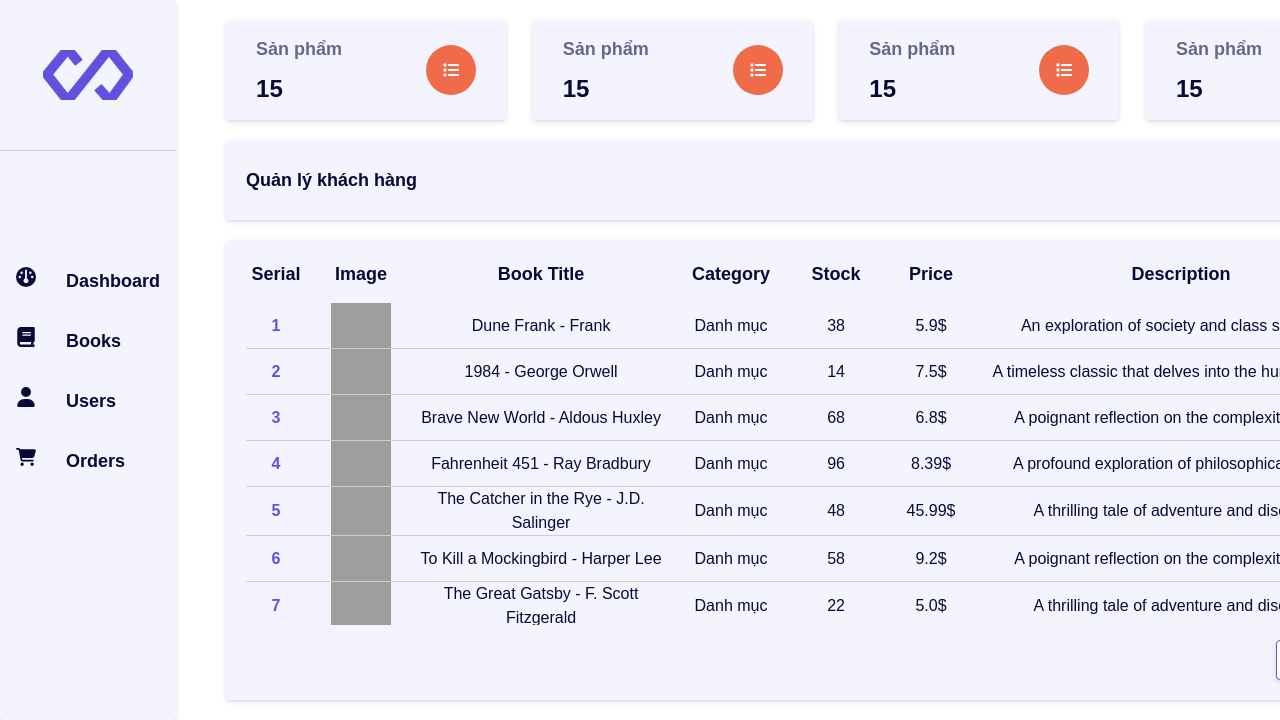
Repository: kauittt/BookStore_FE
Page: / (app in book-store/)
An editor plug-in stored every save of this project. The page is shown before and after the next save, followed by the edit.
The browser window is 1280 px wide. The pictures show the whole page.
Pictures or frames that could not be fetched are drawn as grey boxes. The project was rebuilt for these pictures with package versions that can differ from the ones it lists, and the page was loaded fresh each time. Also part of the build but not shown: book-store/vite.config.js, book-store/src/components/elements/FormInput.jsx, book-store/src/components/login-signup/Login.jsx, book-store/src/components/book/BookItem.jsx, book-store/src/components/book/BookList.jsx, book-store/src/components/elements/BackNavigation.jsx, book-store/src/components/book/BookDetail.jsx, book-store/src/components/cart/QuantitySelector.jsx and 4 more.

Above is the page before, as saved 2024-07-20 12:30:55.

### book-store/src/App.jsx
import Login from "./components/login-signup/Login";
import BookItem from "./components/book/BookItem";
import BookList from "./components/book/BookList";
import BookDetail from "./components/book/BookDetail";
import CartItem from "./components/cart/CartItem";
import Cart from "./components/cart/Cart";
import Checkout from "./components/checkout/Checkout";
import AdminNav from "./components/admin/AdminNav";
import ManageList from "./components/admin/ManageList";
import AdminPage from "./components/admin/AdminPage";
import Card from "./components/elements/Card";

const App = () => {
    //! Width - Height: 1536 - 703
    //! 270 - 255
    //! Width: 0.9
    //! Height: 0.585

    //* Semibold - Normal
    //* 3xl (Tiêu đề to) - lg (To hơn bình thường) - sm (Chú thích nhỏ) - Normal

    const data = [
        {
            image: "https://nhasachphuongnam.com/images/thumbnails/240/290/detailed/287/con-duong-hoi-giao-tb-2024.jpg",
            price: "5.9",
            name: "Dune Frank ",
            author: "Frank ",
        },
        {
            image: "https://i.pinimg.com/474x/57/70/55/5770553158ceac5870925fd79f9699eb.jpg",
            price: "7.5",
            name: "1984",
            author: "George Orwell",
        },
        {
            image: "https://listsach.com/wp-content/uploads/2020/05/bia-sach-dep-ngoi-nha-nghin-hanh-lang.jpg",
            price: "6.8",
            name: "Brave New World",
            author: "Aldous Huxley",
        },
        {
            image: "https://listsach.com/wp-content/uploads/2020/05/quyen-sach-co-bia-dep-khong-gia-dinh.jpg",
            price: "8.39",
            name: "Fahrenheit 451",
            author: "Ray Bradbury",
        },
        {
            image: "https://salt.tikicdn.com/cache/w1200/ts/product/03/ee/cc/9e91a112fb77049e9167f41ef62f832e.jpeg",
            price: "45.99",
            name: "The Catcher in the Rye",
            author: "J.D. Salinger",
        },
        {
            image: "https://intamphuc.vn/wp-content/uploads/2023/06/mau-bia-sach-dep-4.jpg",
            price: "9.2",
            name: "To Kill a Mockingbird",
            author: "Harper Lee",
        },
        {
            image: "https://vietart.co/blog/wp-content/uploads/2014/01/2_thiet_ke_bia_sach_dep_20.jpg",
            price: "5.0",
            name: "The Great Gatsby",
            author: "F. Scott Fitzgerald",
        },
        {
            image: "https://thegioidohoa.com/wp-content/uploads/2017/08/tong-hop-20-mau-bia-sach-doc-dao-nhat-nam-2017-7.jpg",
            price: "6.5",
            name: "Moby Dick",
            author: "Herman Melville",
        },
        {
            image: "https://encrypted-tbn0.gstatic.com/images?q=tbn:ANd9GcRVxy22da304ThgqLt9eKkHoYNLhIEgOL5vLCuA0X--bl323dKTKr0Q_H8tqkGQcfgcqA8&usqp=CAU",
            price: "7.8",
            name: "War and Peace",
            author: "Leo Tolstoy",
        },
        {
            image: "https://intamphuc.vn/wp-content/uploads/2023/06/mau-bia-sach-dep-2.jpg",
            price: "6.0",
            name: "Pride and Prejudice",
            author: "Jane Austen",
        },
    ];

    // Các mô tả mẫu để sử dụng
    const descriptions = [
        "A timeless classic that delves into the human psyche.",
        "An exploration of society and class struggles.",
        "A thrilling tale of adventure and discovery.",
        "A thought-provoking story that challenges conventional wisdom.",
        "A masterpiece of modern literature.",
        "A poignant reflection on the complexities of life.",
        "A gripping narrative that captivates the reader from start to finish.",
        "An emotional journey through love, loss, and redemption.",
        "A profound exploration of philosophical themes.",
        "An unforgettable story of courage and resilience.",
    ];

    // Hàm tạo số lượng ngẫu nhiên từ 1 đến 100
    function getRandomQuantity() {
        return Math.floor(Math.random() * 100) + 1;
    }

    // Hàm tạo mô tả ngẫu nhiên từ danh sách mô tả mẫu
    function getRandomDescription() {
        const index = Math.floor(Math.random() * descriptions.length);
        return descriptions[index];
    }

    // Tạo dữ liệu đa dạng cho mảng data
    const enhancedData = data.map((item) => ({
        ...item,
        quantity: getRandomQuantity(),
        description: getRandomDescription(),
    }));

    const detail = {
        image: "https://nhasachphuongnam.com/images/thumbnails/240/290/detailed/287/con-duong-hoi-giao-tb-2024.jpg",
        price: "5.9",
        name: "Dune",
        author: "Frank Herbert ",
        quantity: 10,
        description:
            "Contrary to popular belief, Lorem Ipsum is not simply random text. It has roots in a piece of classical Latin literature from 45 BC, making it over 2000 years old. Richard McClintock, a Latin professor at Hampden-Sydney College in Virginia, looked up one of the more obscure Latin words, consectetur, from a Lorem Ipsum passage, and going through the cites of the word in classical literature, discovered the undoubtable source. Lorem Ipsum comes from sections",
    };

    //! Sửa chổ quantity*price trong tính cart, checkout
    return (
        // container mx-auto
        <div className="text-text-normal  cursor-default select-none">
            {/* <Card name="Sản phẩm" quantity="15" icon={faList}></Card> */}

            <AdminPage books={enhancedData}></AdminPage>
            {/* <ManageList books={enhancedData}></ManageList> */}
            {/* <AdminNav></AdminNav> */}
            {/* <Checkout books={enhancedData}></Checkout> */}
            {/* <Cart books={enhancedData}></Cart> */}
            {/* <CartItem book={detail}></CartItem> */}
            {/* <BookDetail book={detail}></BookDetail> */}
            {/* <BookList title="Classic" books={data}></BookList> */}
            {/* <Login></Login> */}
        </div>
    );
};

export default App;

### book-store/src/index.css
@tailwind base;
@tailwind components;
@tailwind utilities;

.container {
    width: 100%;
}
@media (min-width: 640px) {
    .container {
        max-width: 640px;
    }
}
@media (min-width: 768px) {
    .container {
        max-width: 768px;
    }
    @media (min-width: 1024px) {
        .container {
            max-width: 1024px;
        }
    }
    @media (min-width: 1280px) {
        .container {
            max-width: 1280px;
        }
    }
    @media (min-width: 1400px) {
        .container,
        .container-lg,
        .container-md,
        .container-sm,
        .container-xl,
        .container-xxl {
            max-width: 1320px;
        }
    }
}

### book-store/src/components/admin/AdminNav.jsx
import PropTypes from "prop-types";
import { FontAwesomeIcon } from "@fortawesome/react-fontawesome";
import {
    faCartShopping,
    faUser,
    faBook,
    faGauge,
} from "@fortawesome/free-solid-svg-icons";

const AdminNav = () => {
    return (
        <div
            className="flex flex-col  gap-[100px]
            font-semibold text-lg  w-[260px]
            bg-bgr-main shadow-custom rounded"
        >
            <div
                className="w-full flex justify-center mt-[50px] pb-[50px]
            border-b border-border"
            >
                <img
                    src="./image/Logo.png"
                    alt="Logo"
                    className="w-[90px] h-[50px]  object-cover"
                />
            </div>

            <div>
                <div
                    className="p-[16px]
            transition-all duration-200 ease-in-out
            group hover:bg-bgr-white hover:shadow-custom rounded
            cursor-pointer"
                >
                    <p className="flex gap-[10px]">
                        <FontAwesomeIcon
                            className="mr-[20px] w-[20px] h-[20px]"
                            icon={faGauge}
                        />
                        Dashboard
                    </p>
                </div>
                <div
                    className="p-[16px]
            transition-all duration-200 ease-in-out
            group hover:bg-bgr-white hover:shadow-custom rounded
            cursor-pointer"
                >
                    <p className="flex gap-[10px]">
                        <FontAwesomeIcon
                            className="mr-[20px] w-[20px] h-[20px]"
                            icon={faBook}
                        />
                        Books
                    </p>
                </div>
                <div
                    className="p-[16px]
            transition-all duration-200 ease-in-out
            group hover:bg-bgr-white hover:shadow-custom rounded
            cursor-pointer"
                >
                    <p className="flex gap-[10px]">
                        <FontAwesomeIcon
                            className="mr-[20px]  w-[20px] h-[20px]"
                            icon={faUser}
                        />
                        Users
                    </p>
                </div>
                <div
                    className="p-[16px]
            transition-all duration-200 ease-in-out
            group hover:bg-bgr-white hover:shadow-custom rounded
            cursor-pointer"
                >
                    <p className="flex gap-[10px]">
                        <FontAwesomeIcon
                            className="mr-[20px] w-[20px] h-[20px]"
                            icon={faCartShopping}
                        />
                        Orders
                    </p>
                </div>
            </div>
        </div>
    );
};

AdminNav.propTypes = {
    book: PropTypes.object,
};
export default AdminNav;

### book-store/src/components/admin/ManageList.jsx
import React from "react";
import PropTypes from "prop-types";
import { FontAwesomeIcon } from "@fortawesome/react-fontawesome";
import {
    faCartShopping,
    faUser,
    faBook,
    faGauge,
} from "@fortawesome/free-solid-svg-icons";
import ManageItem from "./ManageItem";
import FormButton from "./../elements/FormButton";
const ManageList = (props) => {
    console.log(window.innerHeight);
    const category = [
        {
            group: "Order",
            fields: [
                { name: "Serial", width: "50px" },
                { name: "Customer Name", width: "150px" },
                { name: "Book Title", width: "150px" },
                { name: "Quantity", width: "100px" },
                { name: "Price", width: "100px" },
                { name: "Phone Number", width: "100px" },
                { name: "Address", flex: "1" }, // Use flex for flexible widths
            ],
        },
        {
            group: "Book",
            fields: [
                { name: "Serial", style: "w-[60px] text-center" },
                { name: "Image", style: "w-[80px] text-center" },
                { name: "Book Title", style: "w-[250px] text-center" },
                { name: "Category", style: "w-[100px] text-center" },
                { name: "Stock", style: "w-[80px] text-center" },
                { name: "Price", style: "w-[80px] text-center" },
                { name: "Description", style: "flex-1 text-center" },
            ],
        },
        {
            group: "User",
            fields: [
                { name: "Serial", width: "50px" },
                { name: "Username", width: "150px" },
                { name: "Name", width: "200px" },
                { name: "Role", width: "100px" },
                { name: "Email", width: "200px" },
                { name: "Phone Number", width: "150px" },
                { name: "Address", flex: "1" },
            ],
        },
    ];

    return (
        <div
            className="max-w-[1200px] w-[1200px] p-[20px] pr-[50px]
        flex flex-col gap-[15px] bg-bgr-main shadow-custom rounded
        overflow-y-auto"
        >
            {/*//* Category */}
            <div
                className="flex justify-between items-center gap-[15px]
            font-semibold text-lg"
            >
                {category[1].fields.map((field, index) => (
                    <p key={index} className={`${field.style} `}>
                        {field.name}
                    </p>
                ))}
            </div>

            {/*//* List Item */}
            <div className="flex flex-col max-h-full overflow-y-auto">
                {props.books.map((book, index) => (
                    <ManageItem
                        data={book}
                        category={category[1].fields}
                        key={index}
                        index={index}
                    ></ManageItem>
                ))}
            </div>

            <div className="flex justify-end">
                <FormButton name="Checkout"></FormButton>
            </div>
        </div>
    );
};
ManageList.propTypes = {
    books: PropTypes.array,
};
export default ManageList;

### book-store/src/components/admin/AdminPage.jsx
import React from "react";
import PropTypes from "prop-types";
import ManageList from "./ManageList";
import AdminNav from "./AdminNav";
import Card from "./../elements/Card";
import ManageTitle from "./ManageTitle";
import { FontAwesomeIcon } from "@fortawesome/react-fontawesome";
import {
    faCircleUser,
    faCartShopping,
    faHandHoldingDollar,
    faList,
} from "@fortawesome/free-solid-svg-icons";

const AdminPage = (props) => {
    return (
        <div
            className="flex gap-[30px] justify-between
        max-h-screen overflow-hidden
        "
        >
            <AdminNav></AdminNav>
            <div className="flex flex-col gap-[20px] p-[20px] ">
                <div className="flex justify-between items-center ">
                    <Card name="Sản phẩm" quantity={15} icon={faList}></Card>
                    <Card name="Sản phẩm" quantity={15} icon={faList}></Card>
                    <Card name="Sản phẩm" quantity={15} icon={faList}></Card>
                    <Card name="Sản phẩm" quantity={15} icon={faList}></Card>
                </div>
                <ManageTitle
                    name="Quản lý khách hàng"
                    button="Add User"
                ></ManageTitle>
                <ManageList books={props.books}></ManageList>
            </div>
        </div>
    );
};

AdminPage.propTypes = {
    books: PropTypes.array,
};
export default AdminPage;

### book-store/src/components/elements/Card.jsx
import React from "react";
import PropTypes from "prop-types";
import { FontAwesomeIcon } from "@fortawesome/react-fontawesome";
import {
    faCircleUser,
    faCartShopping,
    faHandHoldingDollar,
    faList,
} from "@fortawesome/free-solid-svg-icons";
const Card = (props) => {
    return (
        <div
            className="flex items-center justify-between
            w-[280px] h-[100px] bg-bgr-main p-[30px]
        rounded shadow-custom"
        >
            <div className="flex flex-col gap-[10px]">
                <p className="text-lg text-text-light font-semibold">
                    {props.name}
                </p>
                <p className="text-2xl font-semibold">{props.quantity}</p>
            </div>
            <FontAwesomeIcon
                className="p-[17px] rounded-full
             bg-bgr-color text-text-white"
                icon={props.icon}
            />
            {/* <FontAwesomeIcon icon={faCartShopping} />
            <FontAwesomeIcon icon={faHandHoldingDollar} />
            <FontAwesomeIcon icon={faCircleUser} /> */}
        </div>
    );
};

Card.propTypes = {
    name: PropTypes.string,
    quantity: PropTypes.number,
    icon: PropTypes.object,
    color: PropTypes.string,
};
export default Card;

### book-store/src/components/elements/FormButton.jsx
import PropTypes from "prop-types";

const FormButton = ({
    name = "Button",
    main = true,
    type = "button",
    disabled = false,
    ...props
}) => {
    return (
        <button
            type={type}
            disabled={disabled}
            className={`m-w-[100px] w-[100px] m-h-[40px] h-[40px] leading-[40px]
            rounded text-lg font-semibold
            flex items-center justify-center
            cursor-pointer shadow-custom
            transition-all duration-200 ease-in-out
            bg-bgr-white
            ${main ? "bg-bgr-white" : "bg-bgr-white"}
            ${main ? "text-text-color" : "text-bgr-color"}
            ${
                main
                    ? "border border-text-color hover:bg-text-color hover:text-text-white"
                    : "border border-bgr-color hover:bg-bgr-color hover:text-text-white"
            }
            `}
            {...props}
        >
            {name}
        </button>
    );
};

FormButton.propTypes = {
    main: PropTypes.bool,
    name: PropTypes.string.isRequired,
    type: PropTypes.string,
    disabled: PropTypes.bool,
};

export default FormButton;

### book-store/src/components/admin/ManageItem.jsx
import PropTypes from "prop-types";
import { FontAwesomeIcon } from "@fortawesome/react-fontawesome";
import { faPen } from "@fortawesome/free-solid-svg-icons";

const ManageItem = (props) => {
    // STT | Tên khách | Tên sách | Số lượng | Giá     | Phone | Address
    // STT | Hình      | Tên sách | Danh mục | Tồn kho | Giá   | Mô tả
    // STT | Username  | Name     | Role     | Email   | Phone | Address

    const isImage = props.data.image ? true : false;
    // console.log(props.data);
    // console.log(props.category);

    return (
        <div
            className="flex justify-between  items-center
                gap-[15px] h-[80px] relative
                border-b border-border"
        >
            <p
                className={`${props.category[0].style} font-semibold text-text-color`}
            >
                {props.index + 1}
            </p>

            {isImage ? (
                <div
                    className={`${props.category[1].style} h-full
                flex items-center justify-center`}
                >
                    <img
                        className="w-[60px] h-full object-cover"
                        src={props.data.image}
                        alt="Image"
                    />
                </div>
            ) : (
                <p className={`${props.category[1].style} `}>Tăng Khải Minh</p>
            )}

            <p className={`${props.category[2].style} `}>
                {props.data.name + " - " + props.data.author}
            </p>

            <p className={`${props.category[3].style} `}>Danh mục</p>

            <p className={`${props.category[4].style} `}>
                {props.data.quantity}
            </p>

            <p className={`${props.category[5].style} `}>{props.data.price}$</p>

            <p className={`${props.category[6].style} relative`}>
                {props.data.description}
            </p>
            <FontAwesomeIcon
                className="absolute right-[-40px] p-[10px] rounded cursor-pointer
                text-bgr-color
                transition-all duration-200 ease-in-out
                hover:bg-bgr-color hover:text-text-white  "
                icon={faPen}
            />
        </div>
    );
};
ManageItem.propTypes = {
    data: PropTypes.object,
    category: PropTypes.array,
    index: PropTypes.number,
};
export default ManageItem;

### book-store/src/components/admin/ManageTitle.jsx
import React from "react";
import PropTypes from "prop-types";
import FormButton from "./../elements/FormButton";

const ManageTitle = (props) => {
    return (
        <div
            className="flex justify-between items-center
        h-[80px] bg-bgr-main p-[20px]
            rounded shadow-custom"
        >
            <p className="font-semibold text-lg">{props.name}</p>
            <FormButton name={props.button}></FormButton>
        </div>
    );
};

ManageTitle.propTypes = {
    name: PropTypes.string,
    button: PropTypes.string,
};

export default ManageTitle;

### book-store/tailwind.config.js
/** @type {import('tailwindcss').Config} */
export default {
    content: ["./index.html", "./src/**/*.{js,ts,jsx,tsx}"],
    theme: {
        colors: {
            //* Background
            "bgr-main": "#F4F4FF",
            "bgr-color": "#EF6B4A", // Màu cam
            "bgr-color-hover": "#C2371E", // Darker for hover
            "bgr-white": "#FFFFFF",

            //* Text
            "text-normal": "#090937",
            "text-color": "#6251DD", // Màu tím
            "text-color-hover": "#4937B8", // Darker for hover
            "text-light": "#676787",
            "text-white": "#FFFFFF",
            "text-error": "#e74c3c", // Màu đỏ
            "text-error-hover": "#c0392b", // Darker for hover

            //* Border
            border: "#cfcfcf",
        },
        extend: {
            fontFamily: {
                sans: ["Manrope", "sans-serif"],
            },
            boxShadow: {
                custom: "rgba(50, 50, 105, 0.15) 0px 2px 5px 0px, rgba(0, 0, 0, 0.05) 0px 1px 1px 0px",
            },
        },
    },
    plugins: [],
};

Loaded but not shown: book-store/index.html (common file); book-store/src/main.jsx (common file)

After the next save:
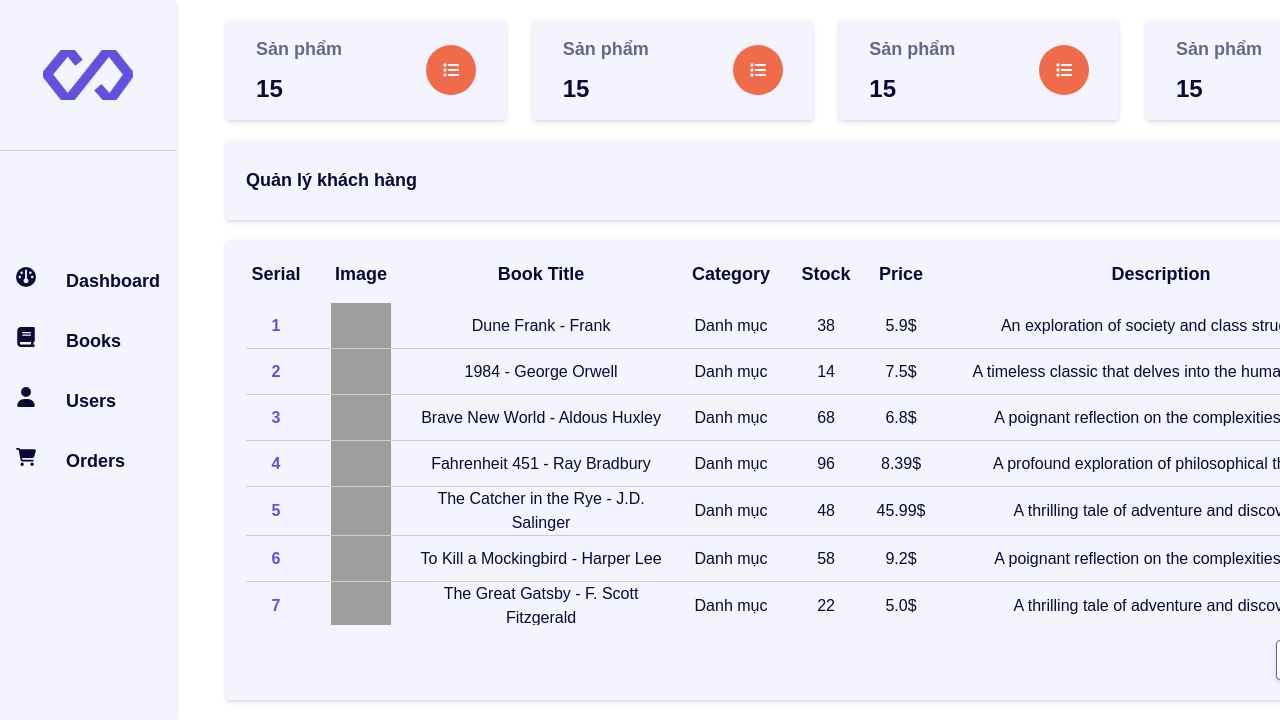
Saved 21 s later.
--- a/book-store/src/components/admin/ManageList.jsx
+++ b/book-store/src/components/admin/ManageList.jsx
@@ -31,8 +31,8 @@ const ManageList = (props) => {
                 { name: "Image", style: "w-[80px] text-center" },
                 { name: "Book Title", style: "w-[250px] text-center" },
                 { name: "Category", style: "w-[100px] text-center" },
-                { name: "Stock", style: "w-[80px] text-center" },
-                { name: "Price", style: "w-[80px] text-center" },
+                { name: "Stock", style: "w-[60px] text-center" },
+                { name: "Price", style: "w-[60px] text-center" },
                 { name: "Description", style: "flex-1 text-center" },
             ],
         },
